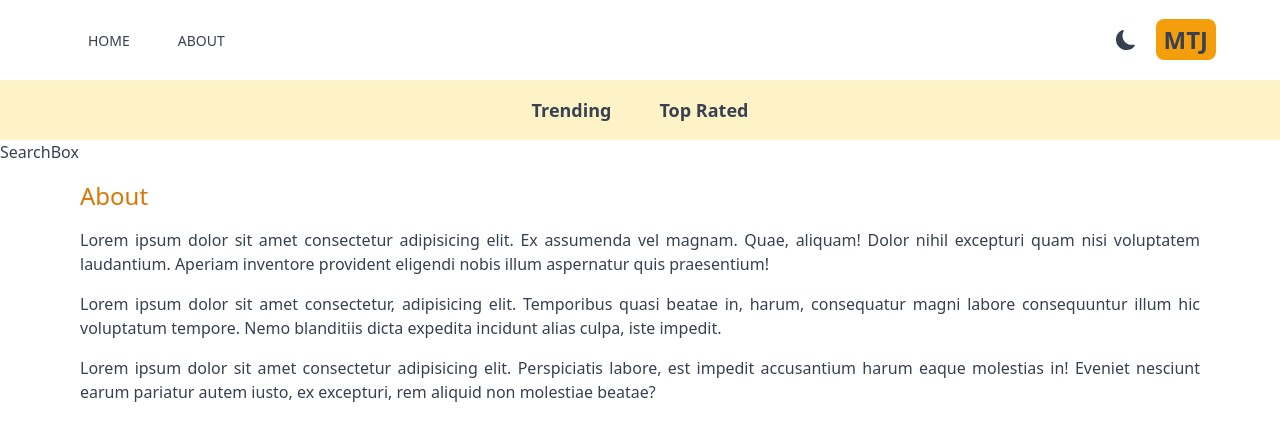
Repository: Tomiogunsan/MTJ
Page: /about
An editor plug-in stored every save of this project. The page is shown before and after the next save, followed by the edit.
The browser window is 1280 px wide. The pictures show the whole page.
The project was rebuilt for these pictures with package versions that can differ from the ones it lists, and the page was loaded fresh each time. The framework's server and built-in components were replaced by stand-ins that run in the browser. Also part of the build but not shown: next.config.js.

Above is the page before, as saved 2023-03-22 12:32:00.

### src/app/layout.js
import Header from './components/Header'
import Navbar from './components/Navbar'
import SearchBox from './components/SearchBox'
import './globals.css'
import Providers from './Provider'

export const metadata = {
  title: 'MTJ',
  description: 'This is MTJ website',
}

export default function RootLayout({ children }) {
  return (
    <html lang="en">
      <body>
    <Providers>
      {/* header */}
      <Header />
        {/* navbar */}
        <Navbar />
        {/* searchbox */}
        <SearchBox />
        {children}
    </Providers>

        </body>
    </html>
  )
}

### src/app/about/page.jsx
import React from 'react'

export default function About() {
  return (
    <div className='max-w-6xl mx-auto space-y-4 p-4'>
        <h1 className='text-2xl font-medium
         text-amber-600'>About</h1>
         <p className='text-justify'>
            Lorem ipsum dolor sit amet consectetur adipisicing elit. Ex assumenda vel magnam. Quae, aliquam! Dolor nihil excepturi quam nisi voluptatem laudantium. Aperiam inventore provident eligendi nobis illum aspernatur quis praesentium!
         </p>
         <p className='text-justify'>
            Lorem ipsum dolor sit amet consectetur, adipisicing elit. Temporibus quasi beatae in, harum, consequatur magni labore consequuntur illum hic voluptatum tempore. Nemo blanditiis dicta expedita incidunt alias culpa, iste impedit.
         </p>
         <p className='text-justify'>
            Lorem ipsum dolor sit amet consectetur adipisicing elit. Perspiciatis labore, est impedit accusantium harum eaque molestias in! Eveniet nesciunt earum pariatur autem iusto, ex excepturi, rem aliquid non molestiae beatae?
         </p>
    </div>
  )
}

### src/app/components/Header.jsx
import React from 'react'
import MenuItem from './MenuItem'
import {AiFillHome} from 'react-icons/ai';
import {BsFillInfoCircleFill} from 'react-icons/bs'
import Link from 'next/link';
import DarkModeSwitch from './DarkModeSwitch';
export default function Header() {
  return (
    <div className='flex justify-between items-center mx-2 py-6 max-w-6xl sm:mx-auto'>
        <div className='flex'>
            <MenuItem title='HOME' address='/' Icon={AiFillHome}/>
            <MenuItem title='ABOUT' address='/about' Icon={BsFillInfoCircleFill}/>
        </div>
        <div className='flex items-center space-x-5'>
            <DarkModeSwitch />
            <Link href='/' >
                <h2 className='text-2xl'>
                    <span className='font-bold bg-amber-500 py-1 px-2 rounded-lg'>MTJ</span>
                    </h2>
            </Link>
        </div>
    </div>
  )
}

### src/app/components/Navbar.jsx
import React from 'react'
import NavbarItem from './NavbarItem'

export default function Navbar() {
  return (
    <div className='flex justify-center dark:bg-gray-600 bg-amber-100 lg:text-lg p-4 '>
        <NavbarItem title='Trending' param='fetchTrending' />
        <NavbarItem title='Top Rated' param='fetchTopRated' />
    </div>

  )
}

### src/app/components/SearchBox.jsx
import React from 'react'

export default function SearchBox() {
  return (
    <div>SearchBox</div>
  )
}

### src/app/globals.css
@tailwind base;
@tailwind components;
@tailwind utilities;

html::-webkit-scrollbar{
    display:none;
}

html{
    scrollbar-width: none;
}

### src/app/Provider.jsx
"use client";


import { ThemeProvider } from 'next-themes'
import React from 'react'

export default function Providers({children}) {
  return (
    <ThemeProvider enableSystem={true} attribute='class'>
        <div className='dark:bg-gray-700 dark:text-gray-200
        transition-colors duration-300 min-h-screen
         text-gray-700 select-none'>
        {children}
        </div>

    </ThemeProvider>
  )
}

### src/app/components/MenuItem.jsx
import Link from 'next/link'
import React from 'react'

export default function MenuItem({title, address, Icon }) {
  return (
    <div>
        <Link href={address} className='mx-4 lg:mx-6 hover:text-amber-600 '>
            <Icon className='text-2xl sm:hidden mx-4'/>
        <p className='hidden sm:inline my-2 text-sm '>{title}</p>
        </Link>
    </div>
  )
}

### src/app/components/DarkModeSwitch.jsx
'use client'

import React, { useEffect, useState } from 'react'
import {MdLightMode} from 'react-icons/md'
import {BsFillMoonFill} from 'react-icons/bs'
import {useTheme } from 'next-themes'

export default function DarkModeSwitch() {
    const {systemTheme, theme, setTheme} = useTheme();
    const [mounted, setMounted] = useState(false)
    useEffect(() => {
setMounted(true)
    }, [])

    const currentTheme = theme === 'system' ? systemTheme : theme;
  return (
    <>
    {mounted && (currentTheme === 'dark' ? (
        <MdLightMode  className='text-xl cursor-pointer hover:text-amber-500' onClick={() => setTheme('light')} />
    ) : (
        <BsFillMoonFill  className='text-xl cursor-pointer hover:text-amber-500' onClick={() => setTheme('dark')}/>
    ))}


    </>
  )
}

### src/app/components/NavbarItem.jsx
'use client'

import Link from 'next/link'
import React from 'react'
import {useSearchParams} from 'next/navigation'

export default function NavbarItem({title, param}) {
    const searchParams = useSearchParams()
    const genre = searchParams.get('genre')
  return (
    <div>
        <Link
        className={`m-4 hover:text-amber-600
        font-semibold p-2 ${genre && genre === param && 'underline underline-offset-8 decoration-4 decoration-amber-500 rounded-lg'}`}
        href={`/?genre=${param}`}>
        {title}
        </Link>

    </div>
  )
}

### tailwind.config.js
/** @type {import('tailwindcss').Config} */
module.exports = {
  content: [


    // Or if using `src` directory:
    "./src/**/*.{js,ts,jsx,tsx}",
  ],
  theme: {
    extend: {},
  },
  plugins: [require("@tailwindcss/line-clamp")],
  darkMode: 'class'
}

After the next save:
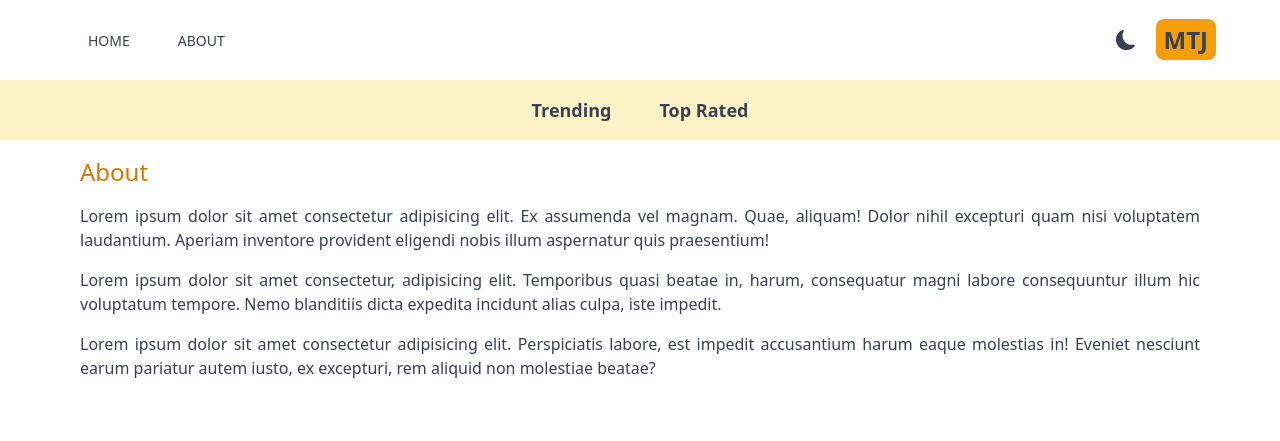
Saved 56 s later.
--- a/src/app/components/SearchBox.jsx
+++ b/src/app/components/SearchBox.jsx
@@ -2,6 +2,8 @@
 
 export default function SearchBox() {
   return (
-    <div>SearchBox</div>
+    <div>
+
+    </div>
   )
 }

After the 5 saves that followed:
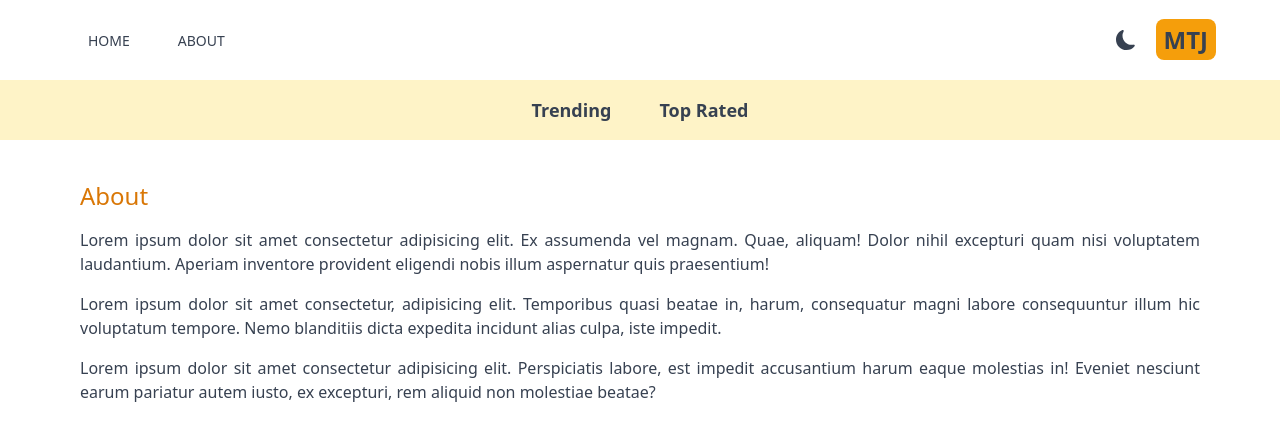
The 5 saves are shown as one change because 1 left the picture as it was and some came seconds apart.
The last was saved 16 s later.
--- a/src/app/components/SearchBox.jsx
+++ b/src/app/components/SearchBox.jsx
@@ -2,8 +2,8 @@
 
 export default function SearchBox() {
   return (
-    <div>
-
-    </div>
+    <form>
+        <input type="text" />
+    </form>
   )
 }
